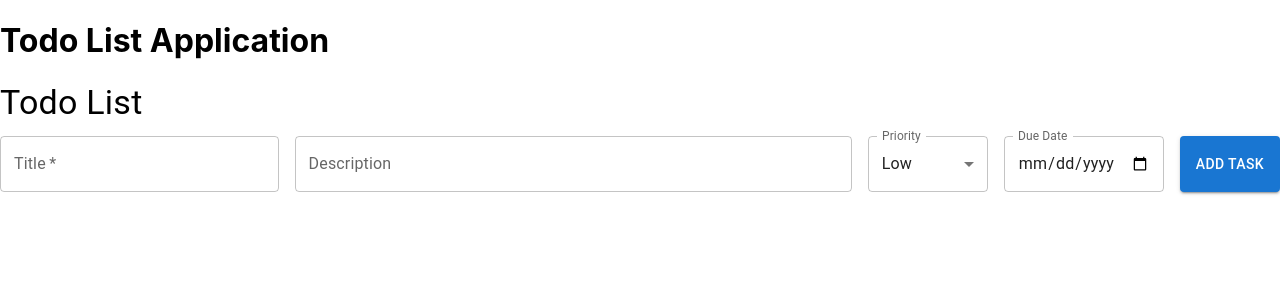
Repository: HPNChanel/Todo-List-Web-App
Page: / (app in frontend/todolist/)
An editor plug-in stored every save of this project. The page is shown before and after the next save, followed by the edit.
The browser window is 1280 px wide. The pictures show the whole page.
The page's requests for data from a server got no answer. The project was rebuilt for these pictures with package versions that can differ from the ones it lists, and the page was loaded fresh each time. No one was signed in, and anything a server would have sent is missing. Also part of the build but not shown: frontend/todolist/src/components/TaskItem.js.

Above is the page before, as saved 2024-11-04 22:22:21.

### frontend/todolist/src/App.js
import React from "react";
import { TaskProvider } from "./contexts/TaskContext";
import TaskList from "./components/TaskList";

function App() {
  return (
    <TaskProvider>
      <div className="App">
        <h1>Todo List Application</h1>
        <TaskList/>
      </div>
    </TaskProvider>
  );
}

export default App;

### frontend/todolist/src/contexts/TaskContext.js
import React, { createContext, useState, useEffect } from 'react';
import { getTasks, createTask, updateTask, deleteTask } from '../api/TaskApi';

export const TaskContext = createContext();

export const TaskProvider = ({ children }) => {
  const [tasks, setTasks] = useState([]);

  useEffect(() => {
    fetchTasks();
  }, []);

  const fetchTasks = async () => {
    const data = await getTasks();
    setTasks(data);
  };

  const addTask = async (task) => {
    const newTask = await createTask(task);
    setTasks([...tasks, newTask]);
  };

  const editTask = async (id, updatedTask) => {
    const task = await updateTask(id, updatedTask);
    setTasks(tasks.map((t) => (t.id === task.id ? task : t)));
  };

  const removeTask = async (id) => {
    await deleteTask(id);
    setTasks(tasks.filter((t) => t.id !== id));
  };

  return (
    <TaskContext.Provider value={{ tasks, addTask, editTask, removeTask }}>
      {children}
    </TaskContext.Provider>
  );
};

### frontend/todolist/src/components/TaskList.js
// src/components/TaskList.js
import React, { useState } from 'react';
import { Grid, Typography } from '@mui/material';
import TaskItem from './TaskItem';
import TaskForm from './TaskForm';
import useTasks from '../hooks/useTasks';

function TaskList() {
    const { tasks } = useTasks();
    const [taskToEdit, setTaskToEdit] = useState(null);

    const handleEdit = (task) => {
        setTaskToEdit(task);
    };

    const clearTaskToEdit = () => {
        setTaskToEdit(null);
    };

    return (
        <div>
            <Typography variant="h4" gutterBottom>Todo List</Typography>
            <TaskForm taskToEdit={taskToEdit} clearTaskToEdit={clearTaskToEdit} />
            <Grid container spacing={2}>
                {tasks.map((task) => (
                    <Grid item xs={12} sm={6} md={4} key={task.id}>
                        <TaskItem task={task} onEdit={handleEdit} />
                    </Grid>
                ))}
            </Grid>
        </div>
    );
}

export default TaskList;

### frontend/todolist/src/api/TaskApi.js
import axios from 'axios';

const API_URL = 'http://localhost:8000/api/tasks/';

//* Declare API Function for tasks

export const getTasks = async () => {
  const response = await axios.get(API_URL);
  return response.data;
};

export const createTask = async (task) => {
  const response = await axios.post(API_URL, task);
  return response.data;
};

export const updateTask = async (id, task) => {
  const response = await axios.put(`${API_URL}${id}/`, task)
  return response.data;
};

export const deleteTask = async (id) => {
  await axios.delete(`${API_URL}${id}/`)
}

### frontend/todolist/src/components/TaskForm.js
// src/components/TaskForm.js
import React, { useState, useEffect } from 'react';
import { TextField, Button, MenuItem, Box } from '@mui/material';
import { motion } from 'framer-motion';
import useTasks from '../hooks/useTasks';

function TaskForm({ taskToEdit, clearTaskToEdit }) {
    const { addTask, editTask } = useTasks();
    const [title, setTitle] = useState(taskToEdit?.title || '');
    const [description, setDescription] = useState(taskToEdit?.description || '');
    const [priority, setPriority] = useState(taskToEdit?.priority || 1);
    const [dueDate, setDueDate] = useState(taskToEdit?.due_date || '');

    useEffect(() => {
        if (taskToEdit) {
            setTitle(taskToEdit.title);
            setDescription(taskToEdit.description);
            setPriority(taskToEdit.priority);
            setDueDate(taskToEdit.due_date);
        }
    }, [taskToEdit]);

    const handleSubmit = (e) => {
        e.preventDefault();
        const taskData = { title, description, priority, due_date: dueDate };
        if (taskToEdit) {
            editTask(taskToEdit.id, taskData);
            clearTaskToEdit();
        } else {
            addTask(taskData);
        }
        setTitle('');
        setDescription('');
        setPriority(1);
        setDueDate('');
    };

    return (
        <motion.div
            initial={{ opacity: 0, y: -20 }}
            animate={{ opacity: 1, y: 0 }}
            transition={{ duration: 0.5 }}
        >
            <Box component="form" onSubmit={handleSubmit} sx={{ display: 'flex', gap: 2, mb: 3 }}>
                <TextField
                    label="Title"
                    variant="outlined"
                    value={title}
                    onChange={(e) => setTitle(e.target.value)}
                    required
                    sx={{ flex: 1 }}
                />
                <TextField
                    label="Description"
                    variant="outlined"
                    multiline
                    maxRows={4}
                    value={description}
                    onChange={(e) => setDescription(e.target.value)}
                    sx={{ flex: 2 }}
                />
                <TextField
                    select
                    label="Priority"
                    variant="outlined"
                    value={priority}
                    onChange={(e) => setPriority(e.target.value)}
                    sx={{ width: 120 }}
                >
                    <MenuItem value={1}>Low</MenuItem>
                    <MenuItem value={2}>Medium</MenuItem>
                    <MenuItem value={3}>High</MenuItem>
                </TextField>
                <TextField
                    label="Due Date"
                    type="date"
                    InputLabelProps={{ shrink: true }}
                    value={dueDate}
                    onChange={(e) => setDueDate(e.target.value)}
                    sx={{ width: 160 }}
                />
                <Button type="submit" variant="contained" color="primary">
                    {taskToEdit ? "Update Task" : "Add Task"}
                </Button>
            </Box>
        </motion.div>
    );
}

export default TaskForm;

### frontend/todolist/src/hooks/useTasks.js
import { useContext } from "react";
import { TaskContext } from "../contexts/TaskContext";

const useTasks = () => {
  return useContext(TaskContext);
};

export default useTasks;

Loaded but not shown: frontend/todolist/public/index.html (common file); frontend/todolist/src/index.js (common file); frontend/todolist/src/index.css (common file)

After the next save:
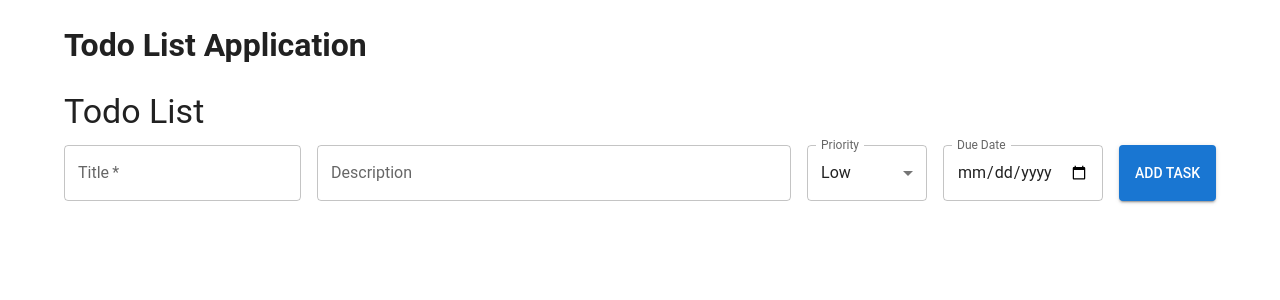
Saved 9 s later.
--- a/frontend/todolist/src/App.js
+++ b/frontend/todolist/src/App.js
@@ -1,16 +1,35 @@
-import React from "react";
-import { TaskProvider } from "./contexts/TaskContext";
-import TaskList from "./components/TaskList";
+// src/App.js
+import React from 'react';
+import { TaskProvider } from './contexts/TaskContext';
+import TaskList from './components/TaskList';
+import { Container, CssBaseline, ThemeProvider, createTheme } from '@mui/material';
+
+const theme = createTheme({
+    palette: {
+        primary: {
+            main: '#1976d2',
+        },
+        secondary: {
+            main: '#f50057',
+        },
+    },
+    typography: {
+        fontFamily: 'Roboto, Arial, sans-serif',
+    },
+});
 
 function App() {
-  return (
-    <TaskProvider>
-      <div className="App">
-        <h1>Todo List Application</h1>
-        <TaskList/>
-      </div>
-    </TaskProvider>
-  );
+    return (
+        <ThemeProvider theme={theme}>
+            <CssBaseline />
+            <TaskProvider>
+                <Container>
+                    <h1>Todo List Application</h1>
+                    <TaskList />
+                </Container>
+            </TaskProvider>
+        </ThemeProvider>
+    );
 }
 
 export default App;
